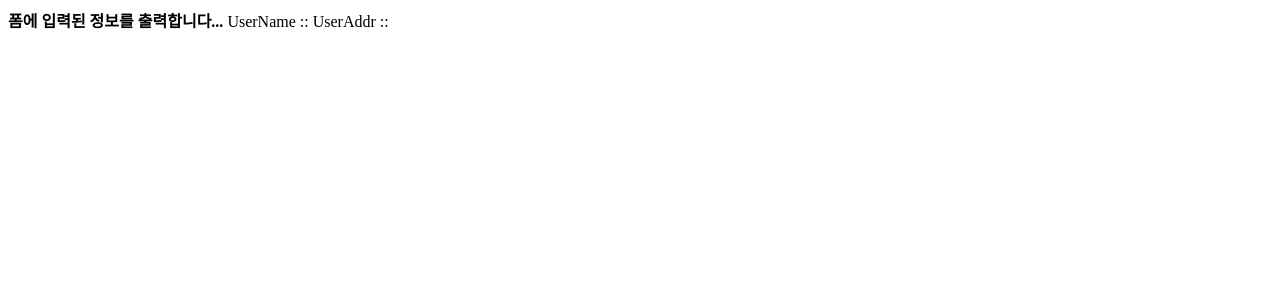
Repository: Migorithm/front_work
Page: http://localhost/front05_JQuery/jq04_result.jsp
An editor plug-in stored every save of this project. The page is shown before and after the next save, followed by the edit.
The browser window is 1280 px wide. The pictures show the whole page.
The page is served by Tomcat 9.

Above is the page before, as saved 2021-09-03 03:24:13.

After the next save:
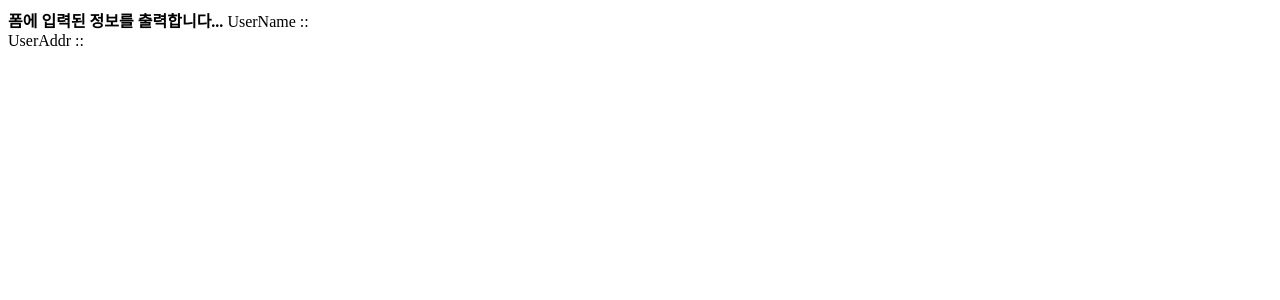
Saved 31 s later.
--- a/front05_JQuery/src/main/webapp/jq04_result.jsp
+++ b/front05_JQuery/src/main/webapp/jq04_result.jsp
@@ -8,7 +8,7 @@
 </head>
 <body>
 <strong>폼에 입력된 정보를 출력합니다...</strong>
-UserName :: ${param.userName}
+UserName :: ${param.userName}<br/>
 UserAddr :: ${param.userAddr}
 
 </body>
